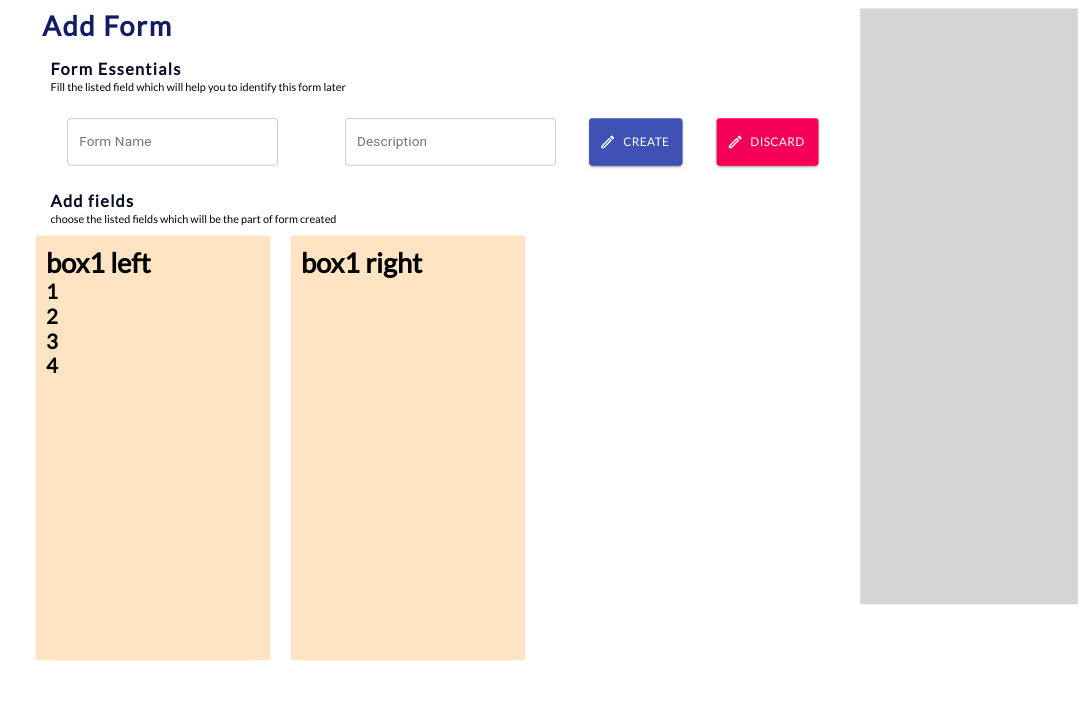
Repository: Architjain128/df
Page: /add
An editor plug-in stored every save of this project. The page is shown before and after a run of saves, followed by the edit.
The browser window is 1280 px wide. The pictures show the whole page, at 85% of full size.
The project was rebuilt for these pictures with package versions that can differ from the ones it lists, and the page was loaded fresh each time. Also part of the build but not shown: src/App.css, src/dftable.js, src/dataForm.js.

Above is the page before, as saved 2021-06-26 02:46:50.

### src/addDataForm.js
import React , {Component} from 'react';
import './dataForm.css';
import { Button,TextField } from '@material-ui/core';
import CreateOutlinedIcon from '@material-ui/icons/CreateOutlined';
import TreeData from './grace.json'
import Sortable from 'sortablejs';








class AddDataForm extends Component{
    constructor(props){
        super(props);
        this.state={
            form_name:'',
            description:'',
            tree:[],
        }
        this.list_it=this.list_it.bind(this)
        this.list_to_html=this.list_to_html.bind(this)
        this.fetch_child=this.fetch_child.bind(this)
    }

    list_to_html=(name,level,parent)=>{
        if(level===0){
            return <h1>{name}</h1>
        }
        else if(level===1){
            return <h2>{name}</h2>
        }
        else{
            return <h3>{name}</h3>
        }
    }
    list_it=(data,parent)=>{
        var ro=[]
        for (var c in data) {
            if(parent==="imaging_reports"){
                ro.push(this.list_to_html(data[parseInt(c)],1,parent));
            }
            else if(parent==="testing_reports"){
                ro.push(this.list_to_html(data[c]["test_name"],1,parent));
            }
            else{
                ro.push(this.list_to_html(data[c]['name'],1,parent));
            }
        }
        return ro
    }

    fetch_child=(datas)=>{
        var finalrow=[]
        let i=0;
        for(let data in datas){
            let title=`sortablelist{i}`
            // finalrow.push(<div id={title} className="sortable-left">)

            finalrow.push(<h1>{data}</h1>)
            if(data==="imaging_reports"){
                finalrow.push(this.list_it(datas[data]["parameters"][0]["test_names"],"imaging_reports"))
            }
            else if(data==="testing_reports"){
                finalrow.push(this.list_it(datas[data]["parameters"][0]["test_names"],"testing_reports"))
            }
            else{
                finalrow.push(this.list_it(datas[data]["parameters"],0))
            }
            finalrow.push(<br/>)
            {/* finalrow.push(</div>) */}
        }
        this.setState({tree:finalrow})
    }
    componentDidMount(){
        this.fetch_child(TreeData)

        var left1=document.getElementById('sortable-1-left')
        var right1=document.getElementById('sortable-1-right')
        console.log("into sort")
        console.log(left1)
        console.log(right1)
        new Sortable(left1, {
            group: {
                name: 's',
                // sort:true,
                // pull: 'clone',
                put: false // Do not allow items to be put into this list
            },
            animation: 150,
            sort: false // To disable sorting: set sort to false
        });

        new Sortable(right1, {
            group: {
                name:'s',
                sort:true,
            },
            animation: 150
        });

    }
    render(){
        return (
            <>
                <div className="dataform">
                    <div className='df-create-section'>
                        <div className='df-form-gen'>
                            <div className="df-title">Add Form</div>
                            <div className="df-subtitle">Form Essentials</div>
                            <div className="df-description" >Fill the listed field which will help you to identify this form later</div>
                            <div className="df-form-ess">
                                <TextField id="outlined-basic" label="Form Name" variant="outlined" /><br/>
                                <TextField id="outlined-basic-large" label="Description" variant="outlined"/>
                                <div className="df-create2"><Button variant="contained" color="primary" startIcon={<CreateOutlinedIcon />}> Create </Button></div>
                                <div className="df-create2"><Button variant="contained" href='/' color="secondary" startIcon={<CreateOutlinedIcon />}> Discard </Button></div>
                            </div>
                            <div className="df-subtitle">Add fields</div>
                            <div className="df-description" >choose the listed fields which will be the part of form created</div>
                            <div className="df-create-section">
                                <div className="df-dnd">
                                    <div className="sort-cat">

                                        <div id="sortable-1-left" className="sort-box-1">
                                            <h1>box1 left</h1>
                                            <h2 className="sortable">1</h2>
                                            <h2 className="sortable">2</h2>
                                            <h2 className="sortable">3</h2>
                                            <h2 className="sortable">4</h2>
                                        </div>
                                        <div id="sortable-1-right" className="sort-box-1">
                                            <h1>box1 right</h1>
                                        </div>
                                    </div>
                                    {/* {this.state.tree} */}
                                </div>
                            </div>
                        </div>
                        <div className="df-form-pre-con">
                            <div className='df-form-pre'>

                            </div>
                        </div>
                    </div>
                    <div className="df-end" ></div>
                    <div className="df-footer" ></div>

                </div>
            </>
            );
        }
}

export default AddDataForm;

### src/dataForm.css
@import url('https://fonts.googleapis.com/css2?family=Lato&display=swap');

* {
  box-sizing: border-box;
  margin: 0;
  padding: 0;
  font-family: 'Lato', sans-serif;
}

.dataform {
  padding-left: clamp(10px,30px,5%);
  padding-top: clamp(5px,10px,3%);
  display:block;
  /* height: 90vh; */
  /* align-items: center; */
  justify-content: left;
}
.df-title{
  letter-spacing: 2px;
  font-size: clamp(1.8rem, 2.5vw, 2.8rem);
  color:#101d66;
  font-weight: bolder;
  padding-left:2%;
  padding-right:10%;
  margin-bottom: 2%;
}
.df-subtitle{
    letter-spacing: 1.5px;
    font-size: clamp(1.2rem, 1.5vw, 2rem);
    color:#060b26;
    font-weight: bold;
    padding-left:3%;
    padding-right:10%;
    margin-bottom: 0.2%;
}
.df-description{
    font-size: clamp(0.8rem, 1vw, 1.2rem);
    color:#000000;
    padding-left:3%;
    padding-right:10%;
}
.df-table{
    padding-top:3%;
    padding-bottom:3%;
    padding-left:3%;
    padding-right:10%;
    height: 460px;
}
.df-create-section{
  display: flex;
}
.df-create-section .df-subdes{
  flex-grow: 10;
}
.df-create-section .df-create{
  flex-grow: 0;
}
.df-create-section .df-form-gen{
  flex-grow: 1;
}
.df-create-section .df-form-pre-con{
  flex-grow: 1;
  margin-right: 1%;
}
.df-form-pre{
  background-color: rgb(213, 213, 213);
  height: 90%;
  width: 100%;
}
.df-create{
  /* margin-left: 10%; */
  /* padding: auto; */
  align-items: right;
  justify-content: flex-start;
  display: flex;
  padding-left:3%;
  padding-right:10%;
}
.df-create2{
  /* margin-left: 10%; */
  /* padding: auto; */
  align-items: right;
  justify-content: flex-start;
  display: flex;
  gap: 5px;
}
.df-end{
  padding-top: 3%;
  padding-left: 3%;
}
.df-footer{
  position:absolute;
  padding-left: 3%;
  bottom: 0;
}
.df-form-ess{
  padding: 3%;
  display: flex;
  justify-content: space-around;
}
.df-form-ess TextField{
  flex-grow: 5;
}
.df-form-ess Button{
  flex-grow: 1;
}
#outlined-basic{
  font-size: medium;
  width: 100%;
}
#outlined-basic-large{
  font-size: medium;
  width: 100%;
}

.sort-cat{
  display: flex;
}
.sort-box{
  height: 500px;
  width: 300px;
  background-color:bisque;
  margin: 2%;
  padding: 2%;
}
.sort-box-1{
  height: 500px;
  width: 300px;
  background-color:bisque;
  margin: 2%;
  padding: 2%;
}

Loaded but not shown: public/index.html (common file); src/index.js (common file); src/index.css (common file); src/App.js (common file); src/reportWebVitals.js (common file); src/grace.json (566 lines, source omitted)

After the next 5 saves:
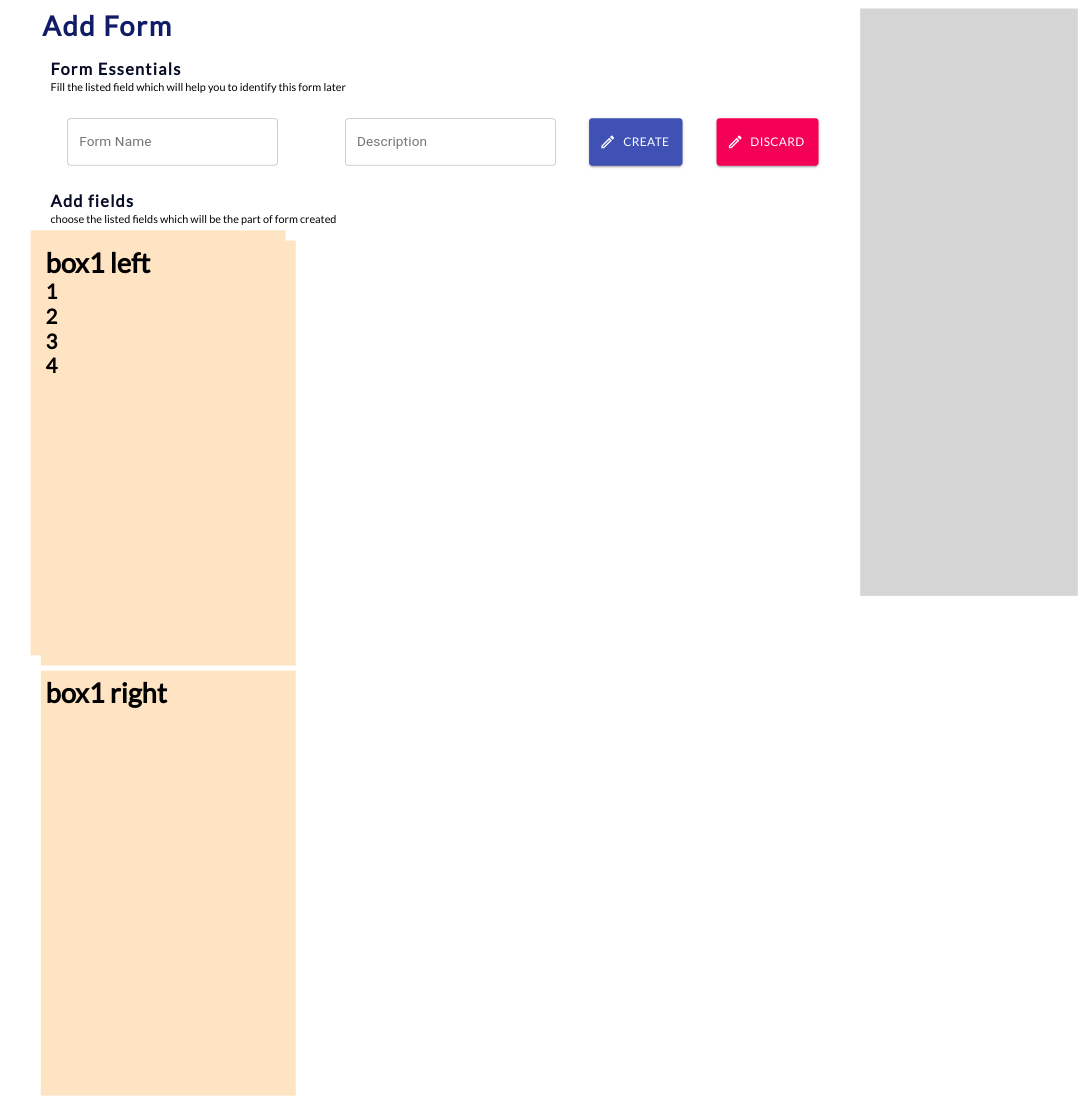
The 5 saves are shown as one change because 2 did not build or start and some came seconds apart.
The last was saved 21 s later.
--- a/src/addDataForm.js
+++ b/src/addDataForm.js
@@ -122,16 +122,17 @@ class AddDataForm extends Component{
                             <div className="df-create-section">
                                 <div className="df-dnd">
                                     <div className="sort-cat">
-
-                                        <div id="sortable-1-left" className="sort-box-1">
-                                            <h1>box1 left</h1>
-                                            <h2 className="sortable">1</h2>
-                                            <h2 className="sortable">2</h2>
-                                            <h2 className="sortable">3</h2>
-                                            <h2 className="sortable">4</h2>
-                                        </div>
-                                        <div id="sortable-1-right" className="sort-box-1">
-                                            <h1>box1 right</h1>
+                                        <div className="sort-box">
+                                            <div id="sortable-1-left" className="sort-box-1">
+                                                <h1>box1 left</h1>
+                                                <h2 className="sortable">1</h2>
+                                                <h2 className="sortable">2</h2>
+                                                <h2 className="sortable">3</h2>
+                                                <h2 className="sortable">4</h2>
+                                            </div>
+                                            <div id="sortable-1-right" className="sort-box-1">
+                                                <h1>box1 right</h1>
+                                            </div>
                                         </div>
                                     </div>
                                     {/* {this.state.tree} */}
